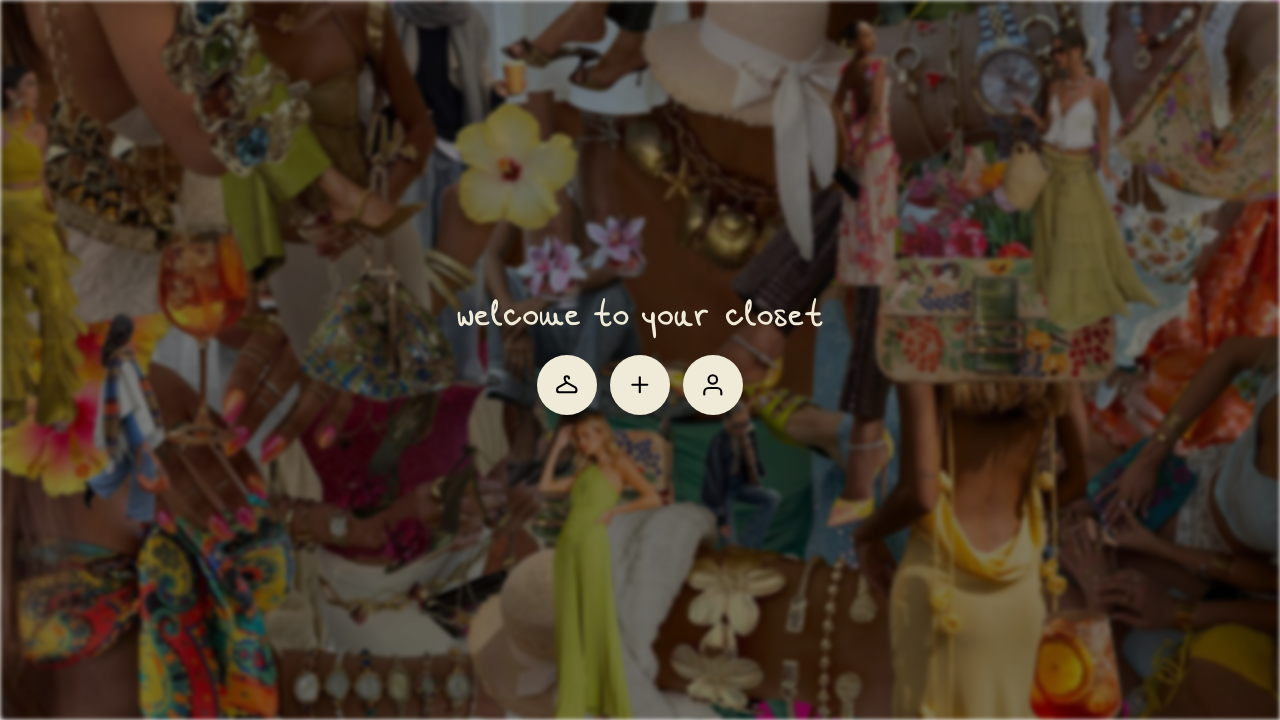
Repository: karla-sikavica/theCloset
Page: /home (app in frontend/)
The author's editor kept a copy of each file at every save. The page is drawn from the files as they stood at one save, then again after the next save.
The browser window is 1280 px wide. The pictures show the whole page.
The project was rebuilt for these pictures with package versions that can differ from the ones it lists, and the page was loaded fresh each time. Also part of the build but not shown: frontend/vite.config.ts, frontend/src/components/css/GoogleButton.module.css, frontend/src/components/ui/GoogleButton.tsx, frontend/src/components/ui/GoogleLogin.tsx, frontend/src/pages/css/Login.module.css, frontend/src/pages/Login.tsx, frontend/src/pages/css/Loading.module.css, frontend/src/pages/Loading.tsx and 12 more.

Above is the page before, as saved 2025-04-24 15:31:53.

### frontend/src/main.tsx
import { StrictMode } from "react";
import { createRoot } from "react-dom/client";
import "./index.css";
import App from "./App.tsx";
import { LoadingProvider } from "./hooks/LoadingContext.tsx";
import { UserProvider } from "./hooks/UserContext.tsx";

createRoot(document.getElementById("root")!).render(
  <StrictMode>
    <LoadingProvider>
      <UserProvider>
        <App />
      </UserProvider>
    </LoadingProvider>
  </StrictMode>
);

### frontend/src/index.css
@font-face {
  font-family: 'Kalla';
  src: url('/fonts/Kalla.ttf') format('truetype');
  font-weight: 400;
  font-style: normal;
}

@font-face {
  font-family: 'Playwright';
  src: url('/fonts/PlaywritePE-VariableFont_wght.ttf') format('truetype');
  font-weight: 400;
  font-style: normal;
}

:root {
  font-family: 'Kalla', 'Times New Roman', Avenir, Helvetica, Arial, sans-serif;
  line-height: 50px;
  font-weight: 400;
  display: block;


  font-synthesis: none;
  text-rendering: optimizeLegibility;
  -webkit-font-smoothing: antialiased;
  -moz-osx-font-smoothing: grayscale;
}

/* Sakrij scroll bar na svim elementima */
* {
  scrollbar-width: none; /* Firefox */
  -ms-overflow-style: none;  /* Internet Explorer 10+ */
}

*::-webkit-scrollbar {
  display: none; /* Chrome, Safari, Edge, Opera */
}

### frontend/src/App.tsx
import { BrowserRouter as Router, Routes, Route } from "react-router-dom";
import "./App.css";
import Login from "./pages/Login";
import Collage from "./components/ui/Collage";
import Loading from "./pages/Loading";
import { useLoading } from "./hooks/LoadingContext";
import Home from "./pages/Home";
import AppLayout from "./pages/AppLayout";
import Add from "./pages/Add";
import Closet from "./pages/Closet";
import Profile from "./pages/Profile";

function App() {
  const { loading } = useLoading();

  return (
    <Router>
      {loading && <Loading />}
      <Collage />
      <div className="main-content">
        <Routes>
          <Route path="/" element={<Login />} />
          <Route path="/login" element={<Login />} />
          <Route path="/home" element={<Home />} />

          <Route path="/" element={<AppLayout />}>
            <Route path="add" element={<Add />} />
            <Route path="closet" element={<Closet />} />
            <Route path="profile" element={<Profile />} />
          </Route>
        </Routes>
      </div>
    </Router>
  );
}

export default App;

### frontend/src/hooks/LoadingContext.tsx
import { createContext, useContext, useState } from "react";

const LoadingContext = createContext<{
  loading: boolean;
  setLoading: (value: boolean) => void;
}>({
  loading: false,
  setLoading: () => {},
});

export const LoadingProvider = ({
  children,
}: {
  children: React.ReactNode;
}) => {
  const [loading, setLoading] = useState(false);
  return (
    <LoadingContext.Provider value={{ loading, setLoading }}>
      {children}
    </LoadingContext.Provider>
  );
};

export const useLoading = () => useContext(LoadingContext);

### frontend/src/hooks/UserContext.tsx
import React, {
  createContext,
  useContext,
  useState,
  ReactNode,
  useEffect,
} from "react";
import { User } from "../types";
// Firebase modular imports
import { getAuth, getIdToken } from "firebase/auth";
import { app } from "../firebase";

interface UserContextType {
  user: User | null;
  setUser: (user: User | null) => void; // Function to update the user
}

// Create the context with default value as null (no user initially)
const UserContext = createContext<UserContextType | undefined>(undefined);

// Define the provider component that will wrap your app
interface UserProviderProps {
  children: ReactNode;
}

export const UserProvider: React.FC<UserProviderProps> = ({ children }) => {
  const [user, setUser] = useState<User | null>(null); // Initialize user state

  useEffect(() => {
    const fetchCurrentUser = async () => {
      try {
        const auth = getAuth(app); // Get Firebase Auth instance
        const currentUser = auth.currentUser;

        if (currentUser) {
          // Get the ID token of the currently logged-in user
          const idToken = await getIdToken(currentUser);
          if (idToken) {
            // Make the API call to get the current user
            const response = await fetch(
              "http://localhost:8080/users/current",
              {
                method: "GET",
                headers: {
                  Authorization: `Bearer ${idToken}`,
                },
              }
            );

            if (!response.ok) {
              throw new Error("Failed to fetch current user");
            }

            const data = await response.json();
            setUser(data); // Set the user data in context
          }
        }
      } catch (error) {
        console.error("Error fetching current user:", error);
      }
    };

    fetchCurrentUser(); // Call the function to fetch the current user on mount
  }, []); // Empty dependency array means it runs once when the component mounts

  return (
    <UserContext.Provider value={{ user, setUser }}>
      {children}
    </UserContext.Provider>
  );
};

// Custom hook to use the UserContext in any component
export const useUserContext = () => {
  const context = useContext(UserContext);
  if (!context) {
    throw new Error("useUserContext must be used within a UserProvider");
  }
  return context;
};

### frontend/src/App.css
#root {
  margin: 0 auto;
/*   padding: 2rem;
 */  text-align: center;
}

body {
  color:#f0ebd8  ;
  text-shadow: 2px 2px 4px rgba(0, 0, 0, 0.5);
}

body, html, #root {
  margin: 0;
  padding: 0;
  height: 100%;
  width: 100%;
  overflow: hidden;
}

/* Optional: to make sure your app content appears above the collage */
.main-content {
  z-index: 10;

   position: relative;
  /*pointer-events: auto;
  height: 100%; */
}

/*
body::before {
  content: "";
  position: fixed;
  top: 0;
  left: 0;
  width: 100vh;
  height: 100vw;
  background-image: url("/images/download.jpeg");
  background-repeat: no-repeat;
  background-size: cover;
  background-position: center;
  transform: rotate(270deg) translate(-100vh, 0);
  transform-origin: top left;
  z-index: -1;
}

body::after {
  content: "";
  position: fixed;
  top: 0;
  left: 0;
  width: 100vw;
  height: 100vh;
  /* background: rgba(50, 30, 10, 0.6); */
/*   z-index: -1;
 *//* */

### frontend/src/components/ui/Collage.tsx
/* import "../css/Collage.css";

type CollageImage = {
  src: string;
  top: string;
  left: string;
  width: string;
  rotate?: string;
  zIndex?: number;
};

const collageConfig: CollageImage[] = [
  {
    src: "/images/collage.jpg",
    top: "0%",
    left: "0%",
    width: "100%",
    rotate: "0deg",
    zIndex: 2,
  },
];

const Collage: React.FC = () => {
  return (
    <div className="collage-background">
      {collageConfig.map((img, index) => (
        <img
          key={index}
          src={img.src}
          alt={`collage-img-${index}`}
          className="collage-img"
          style={{
            top: img.top,
            left: img.left,
            width: img.width,
            transform: `rotate(${img.rotate || "0deg"})`,
            zIndex: img.zIndex || 0,
          }}
        />
      ))}
    </div>
  );
};

export default Collage;

/*
const Collage: React.FC = () => {
  const containerRef = useRef<HTMLDivElement>(null);

  useEffect(() => {
    const container = containerRef.current;
    if (!container) return;

    const imgs = container.querySelectorAll("img");
    imgs.forEach((img) => {
      const x = Math.random() * 100;
      const y = Math.random() * 100;
      const rotate = Math.random() * 20 - 10; // rotate between -10 and +10 degrees
      const z = Math.floor(Math.random() * 10); // random z-index

      img.style.top = `${y}vh`;
      img.style.left = `${x}vw`;
      img.style.transform = `rotate(${rotate}deg)`;
      img.style.zIndex = z.toString();
    });
  }, []);

  return (
    <div className="collage-background" ref={containerRef}>
      {[...Array(imageCount)].map((_, index) => (
        <img
          key={index}
          src={`/images/photo%20(${index + 1}).png`}
          alt={`collage-img-${index}`}
          className="collage-img"
        />
      ))}
    </div>
  );
};

export default Collage; */

import "../css/Collage.css";

const Collage: React.FC = () => {
  return <div className="collage-background"></div>;
};

export default Collage;

### frontend/src/pages/Home.tsx
import { useNavigate } from "react-router-dom";
import HomeButton from "../components/ui/HomeButton";
import { LuPlus } from "react-icons/lu";
import { TbHanger } from "react-icons/tb";
import { FiUser } from "react-icons/fi";
import styles from "./css/Home.module.css";

const Home = () => {
  const navigate = useNavigate();

  return (
    <div className={styles.homeContainer}>
      <div className={styles.welcomeDiv}>welcome to your closet</div>

      <div className={styles.navButtonsContainer}>
        <HomeButton
          onClick={() => {
            navigate("/closet");
          }}
        >
          <TbHanger />
        </HomeButton>
        <HomeButton
          onClick={() => {
            navigate("/add");
          }}
        >
          <LuPlus />
        </HomeButton>
        <HomeButton
          onClick={() => {
            navigate("/profile");
          }}
        >
          <FiUser />
        </HomeButton>
      </div>
    </div>
  );
};

export default Home;

### frontend/src/firebase.ts
import { initializeApp } from "firebase/app";
import { getAuth, GoogleAuthProvider  } from "firebase/auth";
import { getStorage } from "firebase/storage"; // ➕ ovo dodaš

//import { getAnalytics } from "firebase/auth";

const firebaseConfig = {
  apiKey: "AIzaSyAbHQdx6UcrnGOItmjSgqMahJKQc3tssx8",
  authDomain: "thecloset-7ba5e.firebaseapp.com",
  projectId: "thecloset-7ba5e",
/*   storageBucket: "thecloset-7ba5e.appspot.app",
 */  storageBucket: "thecloset-7ba5e.firebasestorage.app",

  messagingSenderId: "77195632073",
  appId: "1:77195632073:web:69fd94b7e825471e71dc18",
  measurementId: "G-8GEFS4DWQG"
};

// Initialize Firebase
export const app = initializeApp(firebaseConfig);
export const auth = getAuth(app);
export const googleProvider = new GoogleAuthProvider();
export const storage = getStorage(app); // ➕ ovo dodaš za spremanje slika



//const analytics = getAnalytics(app);

### frontend/src/components/css/Collage.css
.collage-background {
    position: fixed; /* Fiksira pozadinu */
    top: 0;
    left: 0;
    width: 100vw;
    height: 100vh;

    background-image: url('/images/collage.jpg'); /* Postavi pozadinsku sliku */
    background-size: cover; /* Pokrije cijeli ekran */
    background-position: center; /* Centrira sliku */
    background-repeat: no-repeat; /* Sprječava ponavljanje slike */
    background-attachment: fixed; /* Fiksira sliku prilikom skrolanja */
    filter:  blur(2px) brightness(0.5);

}

### frontend/src/components/ui/HomeButton.tsx
import "../css/HomeButton.css";

interface Props {
  children: React.ReactNode;
  onClick: () => void;
}

const HomeButton = ({ children, onClick }: Props) => {
  return (
    <button onClick={onClick} className="homeButton">
      {children}
    </button>
  );
};

export default HomeButton;

### frontend/src/pages/css/Home.module.css
.homeContainer{
    display: flex;
    justify-content: center;
    align-items: center;
    flex-direction: column;
    height: 100vh;
    width: 100vw;
}

.navButtonsContainer{
    display: flex;
    flex-direction: row;
}

.welcomeDiv{
    font-size: 3rem;
}

/* centrirani gumbi */
.navButtonsContainerCenter {
    display: flex;
    justify-content: center;
    gap: 1.5rem;
  }

  /* gumbi na dnu */
  .navButtonsContainerBottom {
    display: flex;
    justify-content: center;
    gap: 1.5rem;
    position: fixed;
    bottom: 2rem;
    left: 50%;
    transform: translateX(-50%);
    z-index: 10;
  }

  /* welcome poruka */
  .welcomeDiv {
    text-align: center;
  }

  /* bež okvir u sredini */
  .contentBox {
    width: 80%;
    height: 400px;
    margin: 2rem auto;
    background-color: #f0ebd8;
    border-radius: 20px;
    box-shadow: 0 5px 10px rgba(0, 0, 0, 0.1);
    padding: 2rem;
    text-align: center;
    animation: fadeIn 0.5s ease;
    font-size: 4rem;
/*     color: #463730;
 */    color: #3a2618;
    text-shadow: none;
  }

  /* animacija */
  @keyframes fadeIn {
    from {
      opacity: 0;
      transform: translateY(10px);
    }
    to {
      opacity: 1;
      transform: translateY(0);
    }
  }

### frontend/src/pages/css/Add.css
/* Generalne postavke za telo stranice */
body {
    font-family: 'Kalla', sans-serif;
    height: 100vh;
    font-size: 1.3rem;
    text-shadow: none;
  }

  /* Container koji sadrži formu */
  .AddContainer {
    display: flex;
    justify-content: center;
    align-items: center;
    flex-direction: column;
    padding: 20px;
    border-radius: 8px;
    box-shadow: 0 4px 8px rgba(0, 0, 0, 0.1);
    width: 100%;
    height: 100%;
    box-sizing: border-box;
  }

  /* Naslov forme */
  .titleContainer {
    text-align: center;
    margin-bottom: 40px;
  }

  .title {
    font-weight: bold;
    color: #333;
    margin: 0;
  }

  p{
    margin: 0;
  }

  /* Informativni tekst iznad forme */
  .formTypeContainer {
    text-align: center;
  }

  .formTypeContainer p {
    color: #777;
  }

  .formContainer {
    display: flex;
    flex-direction: row;
    justify-content: center;
    align-items: center;
    gap: 15px;
    height: 50%;
    width: 80%;
  }

  /* Label za svaki input */
  label {
    font-size: 3rem;
    font-weight: 600;
    color: #333;
  }

  /* Input i select polja */
  input[type="text"],
  input[type="number"],
  input[type="file"],
  select {
    padding: 2px 5px;
    border: 1px solid #ccc;
    border-radius: 50px;
    max-width: 40%;
    font-family: 'Kalla', sans-serif;
    font-size: 1.3rem;
    box-sizing: border-box;
    text-transform: lowercase;
  }

  input[type="text"]:focus,
  input[type="number"]:focus,
  select:focus {
    outline: none;
    border-color: #ff1493;
    box-shadow: 0 0 5px rgba(52, 152, 219, 0.2);
    text-transform: lowercase;

  }

  /* Stajling za dugme za submit */
  .submitButton {
    font-family: 'Kalla', sans-serif;
    padding: 8px;
    background-color: #ff1493;
    color: white;
    border: none;
    border-radius: 50px;
    cursor: pointer;
    transition: background-color 0.3s ease;
    width: 100px;
    box-sizing: border-box;
    font-size: 20px;
  }

  .submitButton:hover {
    background-color: #ea1285;
  }



  /* Razmak između inputa za bolju preglednost */
  input[type="text"]:focus,
  input[type="number"]:focus {
    border-color: #ff4d6d;
  }

  /* Flexbox container za boje */
  .colorsContainer {
    display: flex;
    gap: 10px;
    flex-wrap: wrap;
  }

  /* Stil za input za boje */
  .colorsContainer input {
    width: 30%;
    min-width: 150px;
    max-width: 160px;
  }

  /* input[type="file"] {
    border: 1px solid #ccc;
    border-radius: 5px;
  }

  input[type="file"]:focus {
    border-color: #ff1493;
    box-shadow: 0 0 5px rgba(52, 152, 219, 0.2);
  }

  .file-upload-wrapper {
    display: flex;
    align-items: center;
  }

  .file-upload-label {
    background-color: #ff1493;
    font-size: 14px;
    color: white;
    border-radius: 12px;
    cursor: pointer;
    box-shadow: 0 4px 10px rgba(0, 0, 0, 0.15);
    transition: background-color 0.3s ease;
  }

  .file-upload-label:hover {
    background-color: #e01280;
  }

  .hidden-file-input {
    display: none;
  }

  .image-preview {
    margin-top: 1rem;
    display: flex;
    justify-content: center;
  }

  .preview-img {
    max-width: 200px;
    border-radius: 12px;
    box-shadow: 0 6px 16px rgba(0, 0, 0, 0.15);
    object-fit: cover;
  }
   */

   .file-upload-wrapper {
    display: flex;
    justify-content: center;
    align-items: center;
    margin-top: 1rem;
  }

  .file-upload-label {
    width: 250px;
    height: 250px;
    border: 2px dashed #ccc;
    border-radius: 12px;
    display: flex;
    justify-content: center;
    align-items: center;
    color: #888;
    font-size: 14px;
    cursor: pointer;
    transition: border-color 0.3s ease, background-color 0.3s ease;
    position: relative;
    overflow: hidden;
    background-color: #fff;
  }

  .file-upload-label:hover {
    border-color: #ff1493;
    background-color: #fdf2f8;
  }

  .hidden-file-input {
    display: none;
  }

  .preview-img {
    width: 100%;
    height: 100%;
    object-fit: cover;
    border-radius: 12px;
    position: absolute;
    top: 0;
    left: 0;
  }

  .color-options-container {
    display: flex;
    flex-wrap: wrap;
    gap: 10px;
    margin-bottom: 16px;
  }

  .color-option {
    display: flex;
    align-items: center;
    gap: 6px;
    padding: 2px 5px;
    border: 2px solid #ccc;
    border-radius: 10px;
    background-color: #fefefe;
    cursor: pointer;
    font-size: 14px;
    text-transform: lowercase;

    transition: all 0.2s ease;
    user-select: none;
  }

  /* sakriva checkbox ali zadržava funkcionalnost */
  .color-option input[type="checkbox"] {
    display: none;
  }

  .color-square {
    width: 18px;
    height: 18px;
    border: 1px solid #aaa;
    border-radius: 4px;
    display: inline-block;
  }

  /* kad je odabrano */
  .color-option.selected {
    border-color: #ff1493; /* ljubičasto-plavi border */
    background-color: #ff149121;
    font-weight: 600;
  }

  .toggleColorsButton {
    background-color: white;
    font-family: 'Kalla';
    padding: 4px 8px;
    font-size: 1.3rem;
    border-radius: 50px;
    border: none;
    margin-bottom: 10px;
    cursor: pointer;
    transition: background-color 0.2s ease;
  }

  .toggleColorsButton:hover {
    border: #ff1493 2px;
  }

  .price-input-wrapper {
    position: relative;
    display: inline-block;
    width: 100%;
  }

  .price-input-wrapper input {
    width: 100%;
    font-size: 1rem;
    font-weight: 500;
    box-sizing: border-box;
  }

  .price-input-wrapper .euro-symbol {
    position: absolute;
    right: 10px;
    top: 50%;
    transform: translateY(-50%);
    color: #666;
    font-size: 1rem;
    pointer-events: none; /* da ne blokira klikove na input */
  }

### frontend/src/pages/css/Closet.css
* {
  box-sizing: border-box;
}


.card-container {
    display: flex;
    justify-content: center;
    padding: 1rem;
    background-color: eggshell; /* light grey background like Bootstrap */
  }

  .card {
    background-color: #fff;
    border: 1px solid #dee2e6; /* soft gray border */
    border-radius: 0.5rem;     /* classic bootstrap rounded corners */
    box-shadow: 0 0.125rem 0.25rem rgba(0, 0, 0, 0.075); /* bootstrap-style shadow */
    overflow: hidden;
    transition: transform 0.2s ease-in-out, box-shadow 0.2s ease-in-out;
  }

  .card:hover {
    transform: translateY(-4px);
    box-shadow: 0 0.5rem 1rem rgba(0, 0, 0, 0.15);
  }

  .image-div {
    width: 100%;
    aspect-ratio: 7/8; /* more classic card layout */
    background-color: #e9ecef;
    overflow: hidden;
  }

  .img {
    width: 100%;
    height: 100%;
    object-fit: cover;
    transition: transform 0.3s ease;
  }

  .card-body {
    text-align: center;
  }

  .body-div {
    font-size: 1.2rem;
    color: #373737;
    line-height: 1;
    padding-top: 4px;
  }
  /*
  .card-body p:last-child {
    font-size: 0.9rem;
    margin-bottom: 0;
  } */

  .card-div {
    display: grid;
    grid-template-columns: repeat(3, 1fr); /* Default: mobile */
    gap: 0.5rem;
    max-width: 1200px;
    width: 100%;
  }

  @media screen and (min-width: 430px) {
    .card-div {
      grid-template-columns: repeat(5, 1fr); /* Larger screens: 5 columns */
      gap: 0.7rem;
  }
    .card-container{
      padding: 1.5rem;
    }
  }

### frontend/src/components/css/HomeButton.css
.homeButton {
    width: 60px;
    height: 60px;
    border-radius: 50%;
    border: none;
    background-color: #f0ebd8;
    display: flex;
    align-items: center;
    justify-content: center;
    margin: 0.7rem 0.4rem;
    cursor: pointer;
    transition: background-color 0.3s ease, transform 0.2s ease;
    font-size: 1.6rem;
    box-shadow: 0 4px 10px rgba(0, 0, 0, 0.1);
  }

  .homeButton:hover {
    background-color: #dcd6bd;
    transform: scale(1.05);
  }

Loaded but not shown: frontend/index.html (common file)

After the next save:
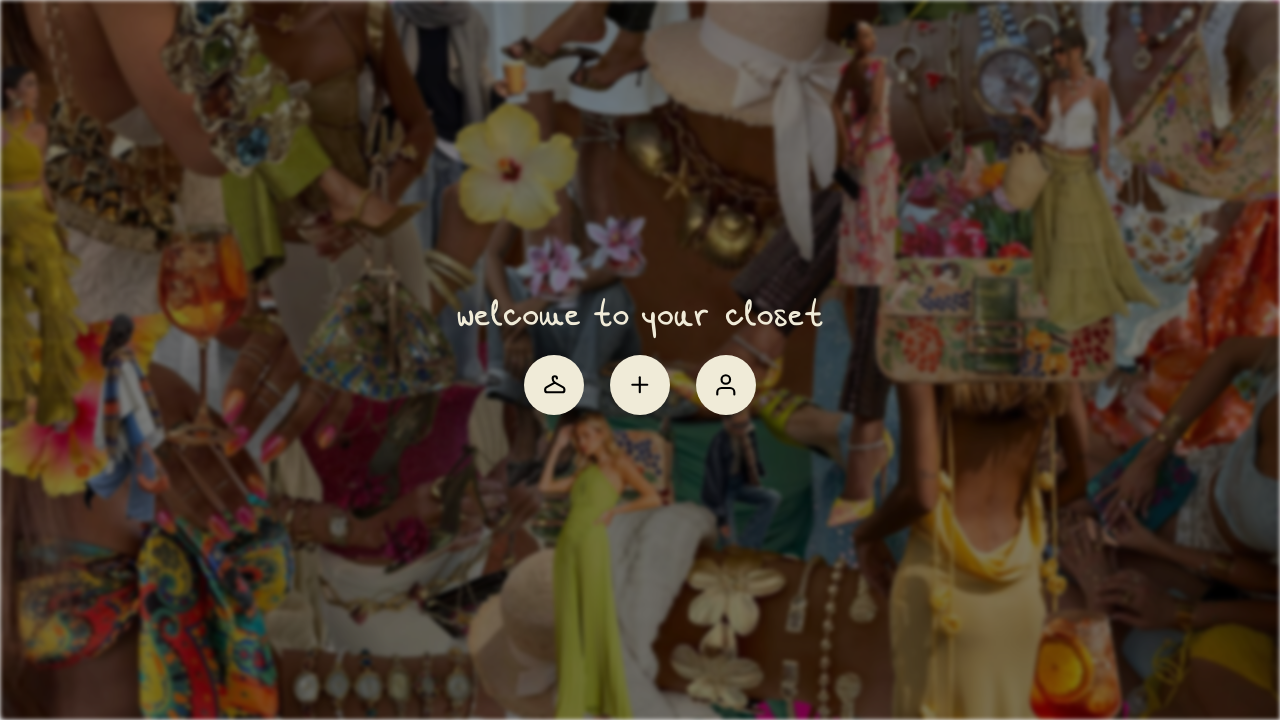
Saved 12 s later.
--- a/frontend/src/components/css/HomeButton.css
+++ b/frontend/src/components/css/HomeButton.css
@@ -7,7 +7,7 @@
     display: flex;
     align-items: center;
     justify-content: center;
-    margin: 0.7rem 0.4rem;
+    margin: 0.7rem 0.8rem;
     cursor: pointer;
     transition: background-color 0.3s ease, transform 0.2s ease;
     font-size: 1.6rem;
